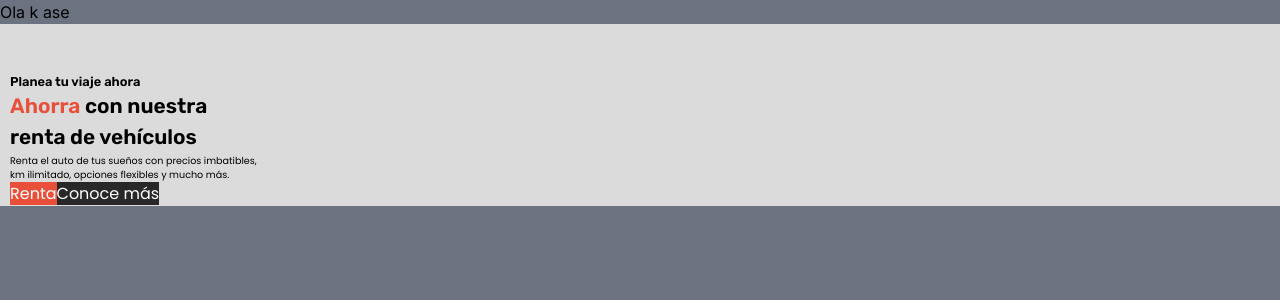
Repository: aldovelacasas/PF_RentCar2
Page: /homePage
An editor plug-in stored every save of this project. The page is shown before and after the next save, followed by the edit.
The browser window is 1280 px wide. The pictures show the whole page.
The project was rebuilt for these pictures with package versions that can differ from the ones it lists, and the page was loaded fresh each time. The framework's server and built-in components were replaced by stand-ins that run in the browser. Also part of the build but not shown: next.config.js.

Above is the page before, as saved 2023-08-29 19:13:32.

### src/app/layout.jsx
import "./globals.css";
import { Inter } from "next/font/google";

const inter = Inter({ subsets: ["latin"] });

export const metadata = {
  title: "Create Next App",
  description: "Generated by create next app",
};

export default function RootLayout({ children }) {
  return (
    <html lang="en">
      <body className={inter.className}>
        <h1>Ola k ase</h1>
        <div className="h-[calc(100vh-5rem)]">{children}</div>
      </body>
    </html>
  );
}

### src/app/homePage/page.jsx
import { Rubik, Poppins } from "next/font/google";

const fontRubik = Rubik({
  weight: "600",
  subsets: ["latin"],
});

const fontPoppins = Poppins({
  weight: "400",
  subsets: ["latin"],
});
const poppins = fontPoppins.className;
const rubik = fontRubik.className;

function HomePage() {
  return (
    <div className={`bg-gris_fondo ${rubik} space-y-0 space-x-2.5`}>
      <p className={`pt-12 ml-2.5 text-[0.8em]`}>Planea tu viaje ahora</p>
      <p className="text-[1.3em] mb-0 pb-0">
        <span className="text-naranja_enf mb-0 pb-0">Ahorra </span>
        con nuestra
      </p>
      <p className="text-[1.3em] mt-0 pt-0">renta de vehículos</p>
      <div>
        <p className={`${poppins} text-[0.6em]`}>
          Renta el auto de tus sueños con precios imbatibles,
        </p>
        <p className={`${poppins} text-[0.6em]`}>
          km ilimitado, opciones flexibles y mucho más.
        </p>
        <div>
          <a
            href="#form"
            className={`bg-naranja_enf text-white text-[0.em] ${poppins}`}>
            Renta
          </a>
          <a
            href="#form"
            className={`bg-negro_fondo text-white text-[0.em] ${poppins}`}>
            Conoce más
          </a>
        </div>
      </div>
    </div>
  );
}

export default HomePage;

### src/app/api/products/[id]/route.js
import { NextResponse } from "next/server";
import {conn} from "@/libs/mysql"

export async function GET(request,{params}){
  try {
    const result = await conn.query("SELECT * FROM product WHERE id = ?", [params.id])
    if(result.length === 0 ){
        return NextResponse.json(
         {
            message: "producto no encontrado",
         },
         {
            status:404,
         }
        );
    }
    return NextResponse.json(result[0])
  } catch (error) {
    return NextResponse.json(
        {
            message:error.message,
        },
        {status: 500}
    )
  }
}

export async function DELETE (request,{params} ){
    try {
     const result = await conn.query("DELETE FROM product WHERE id = ?", [params.id]);
     if(result.affectedRows === 0){
         return NextResponse.json({message:"Producto no encontrado"},{status:404})
     }

     return new Response (null, {status: 204})
 } catch (error) {
     return NextResponse.json({message:error.message},{status:500})
 }
    }

export async  function PUT(request, {params}){
   try {
    const data = await request.json()
    const result = await conn.query("UPDATE product SET ? WHERE id = ?", [data , params.id])

    if (result.affectedRows === 0) {
        return NextResponse.json(
        {
            message: "producto no encontrado",
        },
        {
            status: 400,
        }
        )
    }
     const updateProduct = await conn.query("SELECT * FROM product WHERE id = ?", [params.id])

  return NextResponse.json(updateProduct[0])

   } catch (error) {
    return NextResponse.json(
        {
            message: error.message,
        },
        { status: 500}
    )
   }
}

### src/app/api/products/route.js
import { NextResponse } from "next/server";
import {conn} from "@/libs/mysql";

export async function GET(){
    try {
        const results = await conn.query("SELECT * FROM product");
        return NextResponse.json(results)

    } catch (error) {
        return NextResponse.json(
        {
          message: error.message,
        },
        {
            status:500,
        }

        );
    }
}

    export async function POST (request) {
  try {
    const {name, price, year, model, capacity, type, description, image, transmission,  }= await request.json();

    const result  = await conn.query("INSERT INTO product SET ?", {
        name,
        price,
        year,
        model,
        capacity,
        type,
        transmission,
        image,
        description

    })

    return NextResponse.json({
        name,
        price,
        year,
        model,
        capacity,
        type,
        transmission,
        image,
        description,
        id: result.insertId,

    })

  } catch (error) {
    console.log(error);
    return NextResponse.json(
    {
        message: error.message,
    },
    {
        status:500,
    }
    );
  }

}

### src/app/globals.css
@tailwind base;
@tailwind components;
@tailwind utilities;

body {
   @apply bg-gray-500; /* Fondo más claro */
   color: gray-800; /* Texto oscuro */
}

### tailwind.config.js
/** @type {import('tailwindcss').Config} */
module.exports = {
  content: [
    "./src/pages/**/*.{js,ts,jsx,tsx,mdx}",
    "./src/components/**/*.{js,ts,jsx,tsx,mdx}",
    "./src/app/**/*.{js,ts,jsx,tsx,mdx}",
  ],
  theme: {
    extend: {
      backgroundImage: {
        "gradient-radial": "radial-gradient(var(--tw-gradient-stops))",
        "gradient-conic":
          "conic-gradient(from 180deg at 50% 50%, var(--tw-gradient-stops))",
      },
      colors: {
        gris_fondo: "#dbdbdb",
        gris_frente: "#e9e9e9",
        negro_fondo: "#282828",
        naranja_enf: "#ea4f39",
        rojo_status: "#e30613",
        verde_status: "#4aaf4d",
        amarillo_status: "#f0e400",
      },
    },
  },
  plugins: [],
};

Loaded but not shown: src/app/api/bookings/[id]/route.js (no copy from this time; the picture is the same without it); src/app/api/bookings/route.js (no copy from this time; the picture is the same without it); src/app/api/create-payment-intent/route.js (no copy from this time; the picture is the same without it); src/app/api/post/[id]/route.js (no copy from this time; the picture is the same without it); src/app/api/post/route.js (no copy from this time; the picture is the same without it); src/app/api/users/[id]/route.js (no copy from this time; the picture is the same without it); src/app/api/users/route.js (no copy from this time; the picture is the same without it)

After the next save:
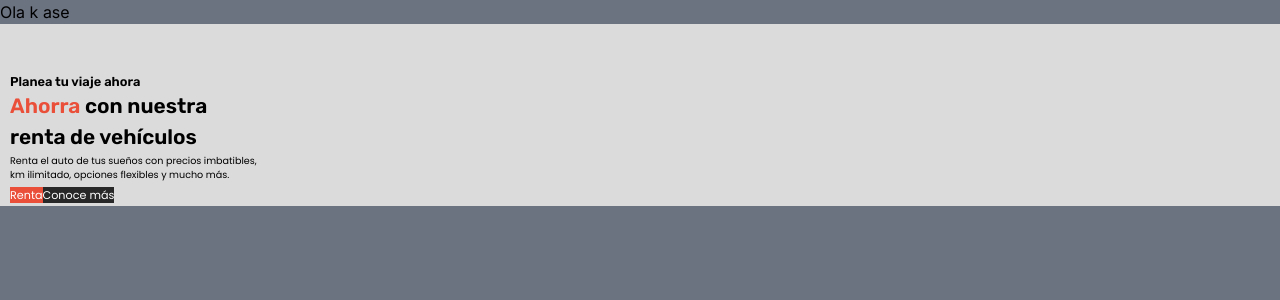
Saved 4 s later.
--- a/src/app/homePage/page.jsx
+++ b/src/app/homePage/page.jsx
@@ -31,12 +31,12 @@ function HomePage() {
         <div>
           <a
             href="#form"
-            className={`bg-naranja_enf text-white text-[0.em] ${poppins}`}>
+            className={`bg-naranja_enf text-white text-[0.7em] ${poppins}`}>
             Renta
           </a>
           <a
             href="#form"
-            className={`bg-negro_fondo text-white text-[0.em] ${poppins}`}>
+            className={`bg-negro_fondo text-white text-[0.7em] ${poppins}`}>
             Conoce más
           </a>
         </div>
